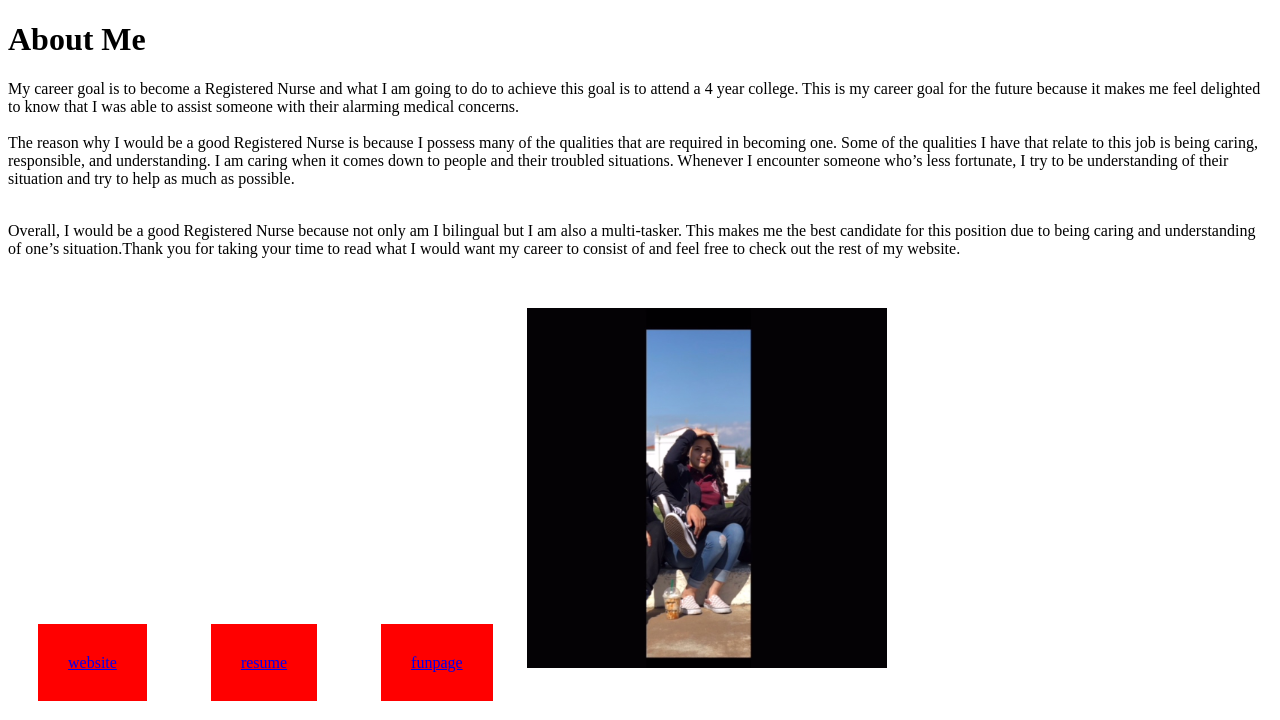
Repository: kasandrab/kasandrab.github.io
Page: aboutme.html
The author's editor kept a record of every edit. The page is drawn from the files as they stood at one moment, then again after the next edit.
The browser window is 1280 px wide. The pictures show the whole page.

Above is the page before.

After the next edit:
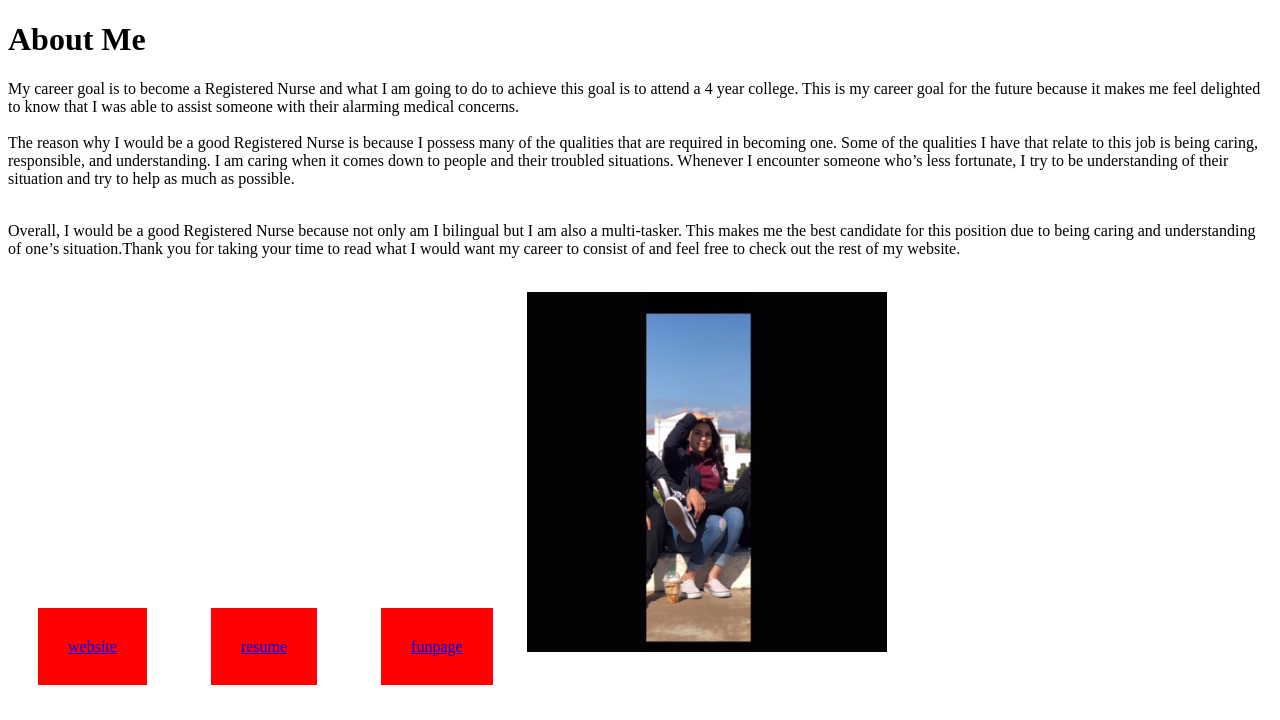
The edit:
--- a/aboutme.html
+++ b/aboutme.html
@@ -14,7 +14,7 @@
 The reason why I would be a good Registered Nurse is because I possess many of the qualities that are required in becoming one. Some of the qualities I have that relate to this job is being caring, responsible, and understanding. I am caring when it comes down to people and their troubled situations. Whenever I encounter someone who’s less fortunate, I try to be understanding of their situation and try to help as much as possible.</p><br>
 
 
-Overall, I would be a good Registered Nurse because not only am I bilingual but I am also a multi-tasker. This makes me the best candidate for this position due to being caring and understanding of one’s situation.Thank you for taking your time to read what I would want my career to consist of and feel free to check out the rest of my website.</p><br>
+Overall, I would be a good Registered Nurse because not only am I bilingual but I am also a multi-tasker. This makes me the best candidate for this position due to being caring and understanding of one’s situation.Thank you for taking your time to read what I would want my career to consist of and feel free to check out the rest of my website.<br /> <br />
 
 </p>
 
